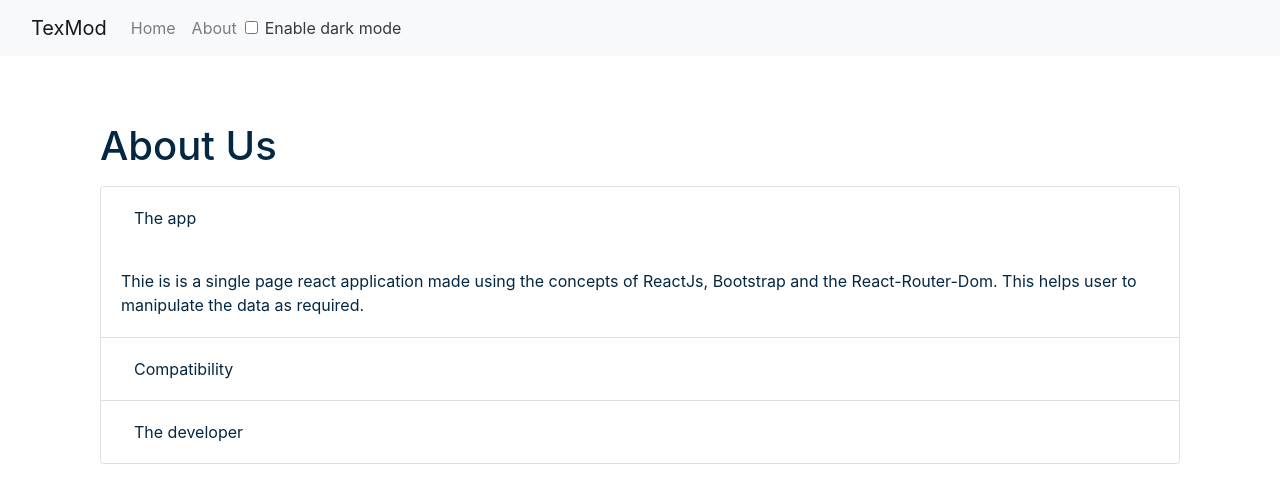
Repository: Ayush-dixit-15/TexMod
Page: /about
The author's editor kept a copy of each file at every save. The page is drawn from the files as they stood at one save, then again after the next save.
The browser window is 1280 px wide. The pictures show the whole page.
The project was rebuilt for these pictures with package versions that can differ from the ones it lists, and the page was loaded fresh each time. Also part of the build but not shown: src/index.css, src/App.css, src/components/TextForm.js.

Above is the page before, as saved 2022-07-01 20:11:32.

After the next save:
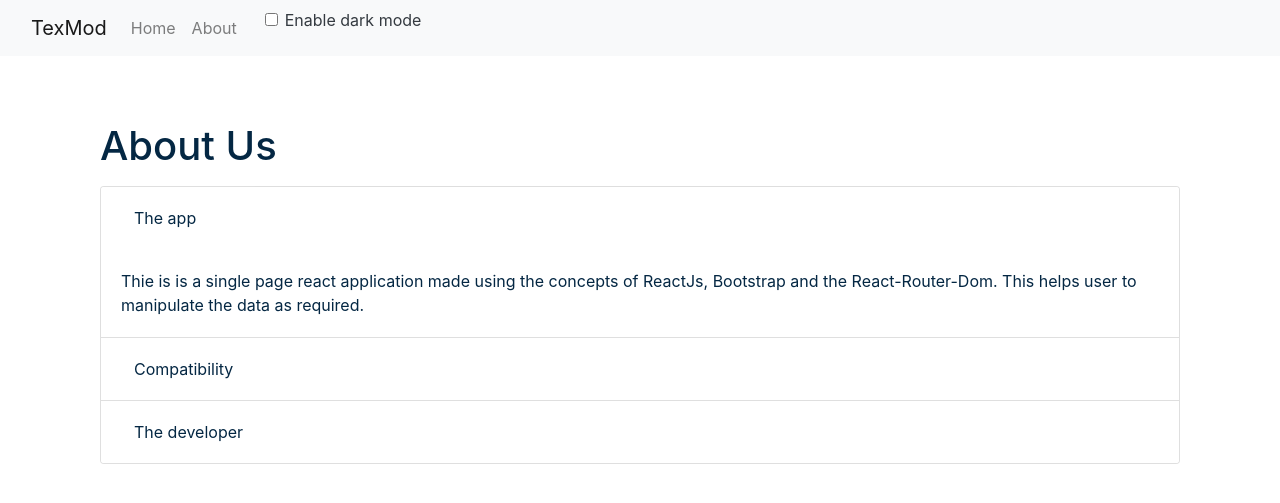
Saved 10 min 2 s later.
--- a/src/components/Navbar.js
+++ b/src/components/Navbar.js
@@ -40,9 +40,12 @@ export default function Navbar(props) {
               props.mode === "light" ? "dark" : "light"
             }`}
           >
+            <div class="form-group form-check">
+    <input type="checkbox" class="form-check-input" onClick={props.toggleMode} id="exampleCheck1"/>
+    <label class="form-check-label" for="exampleCheck1"> Enable dark mode </label>
+  </div>
 
-            <input class="form-check-input"   onClick={props.toggleMode} type="checkbox" role="switch" id="flexSwitchCheckDefault"/>
-  <label class="form-check-label" for="flexSwitchCheckDefault">  Enable dark mode</label>
+
           </div>
         </div>
       </div>
